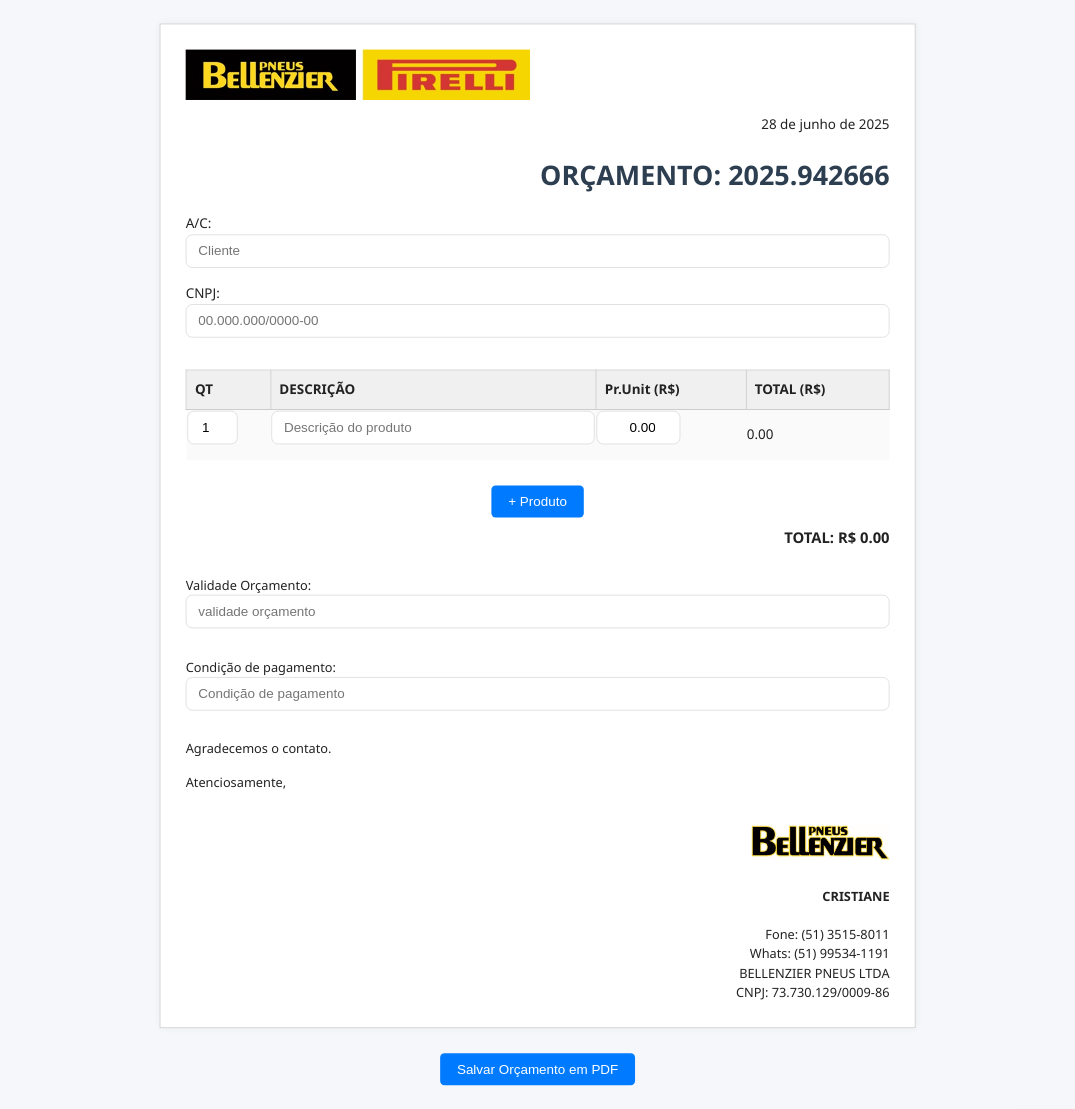
Repository: Cristiane-Sartori14/Orcamento
Page: index.html
An editor plug-in stored every save of this project. The page is shown before and after the next save, followed by the edit.
The browser window is 1280 px wide. The pictures show the whole page, at 84% of full size.

Above is the page before, as saved 2025-06-29 16:41:32.

### index.html
<!DOCTYPE html>
<html lang="pt-BR">
  <head>
    <meta charset="UTF-8" />
    <title>Orçamento Automático</title>
    <link rel="stylesheet" href="Styles.css" />
    <script src="Script.js" defer></script>
    <script src="https://cdnjs.cloudflare.com/ajax/libs/html2pdf.js/0.10.1/html2pdf.bundle.min.js"></script>
  </head>
  <body>
    <div id="orcamentoArea">
      <div class="cabecalho">
        <img src="belle.png" alt="Logo Bellenzier" />
      </div>

      <div class="dados-topo">
        <p id="dataAtual"></p>
        <h1>ORÇAMENTO: <span id="numeroOrcamento"></span></h1>
      </div>

      <div class="linha-vertical">
        <label>
          A/C:
          <input type="text" id="ac" placeholder="Cliente" /> </label
        ><br />
        <label>
          CNPJ:
          <input type="text" id="cnpj" placeholder="00.000.000/0000-00" />
        </label>
      </div>

      <table>
        <thead>
          <tr>
            <th>QT</th>
            <th>DESCRIÇÃO</th>
            <th>Pr.Unit (R$)</th>
            <th>TOTAL (R$)</th>
          </tr>
        </thead>
        <tbody id="corpoTabela">
          <tr>
            <td><input type="number" class="qtd" value="1" min="1" /></td>
            <td>
              <input
                type="text"
                class="descricao"
                placeholder="Descrição do produto"
              />
            </td>
            <td>
              <input type="number" class="valor" value="0.00" step="0.01" />
            </td>
            <td class="subtotal">0.00</td>
          </tr>
        </tbody>
      </table>

      <button class="botao" onclick="adicionarProduto()">+ Produto</button>

      <div class="totalGeral">TOTAL: R$ <span id="valorTotal">0.00</span></div>

      <div class="info-final">
        <label>
          <p></p>
          Validade Orçamento:
          <input type="text" id="val" placeholder="validade orçamento" />
        </label>

        <p></p>

        <label>
          Condição de pagamento:
          <input type="text" id="cond" placeholder="Condição de pagamento" />
        </label>

        <p>Agradecemos o contato.</p>
        <p>Atenciosamente,</p>
      </div>

      <div class="rodape">
        <img src="assin.png" alt="Logo Bellenzier" style="height: 40px" /><br />
        <strong>CRISTIANE</strong><br />
        Fone: (51) 3515-8011<br />
        Whats: (51) 99534-1191<br />
        BELLENZIER PNEUS LTDA<br />
        CNPJ: 73.730.129/0009-86
      </div>
    </div>

    <button class="botao" onclick="gerarPDF()">Salvar Orçamento em PDF</button>
  </body>
</html>

### Styles.css
:root {
  --primary-blue: #007bff;
  --primary-blue-hover: #0056b3;
  --green-dark: #1e7e34;
  --border-gray: #ccc;
  --background-light: #f5f7fa;
  --text-dark: #2c3e50;
  --input-border: #ddd;
  --input-border-focus: #3498db;
}

*,
*::before,
*::after {
  box-sizing: border-box;
}

body {
  font-family: "Segoe UI", Tahoma, Geneva, Verdana, sans-serif;
  background-color: var(--background-light);
  color: #222;
  line-height: 1.6;
  padding: 20px;
}

#orcamentoArea {
  background: #fff;
  max-width: 900px;
  margin: auto;
  padding: 30px;
  border: 1px solid var(--border-gray);
  box-shadow: 0 0 10px rgba(0, 0, 0, 0.05);
}

.cabecalho {
  display: flex;
  justify-content: space-between;
  align-items: center;
}

.cabecalho img {
  height: 60px;
}

.dados-topo {
  text-align: right;
}

h1,
h2,
h3 {
  color: var(--text-dark);
  margin-bottom: 20px;
  font-weight: 700;
}

.linha {
  display: flex;
  gap: 20px;
  margin-top: 20px;
}

.linha label {
  flex: 1;
  font-weight: bold;
  display: block;
  margin-bottom: 6px;
}

input[type="text"],
input[type="number"],
select,
textarea {
  width: 100%;
  padding: 10px 14px;
  margin-bottom: 18px;
  border: 1.8px solid var(--input-border);
  border-radius: 8px;
  font-size: 1rem;
  transition: border-color 0.3s ease;
}

input[type="text"]:focus,
input[type="number"]:focus,
select:focus,
textarea:focus {
  border-color: var(--input-border-focus);
  outline: 3px solid var(--input-border-focus);
  outline-offset: 2px;
}

table {
  width: 100%;
  margin-top: 20px;
  border-collapse: collapse;
}

th{
  border: 1px solid var(--border-gray);
  padding: 10px;
  text-align: left;
  background: #f0f0f0;
}

td input.qtd {
    width: 60px; /* Campo QT menor */
    text-align: center;
  }

  td input.descricao {
    width: 100%; /* Ocupa espaço total da célula */
  }

  td input.valor {
    width: 100px; /* Campo de valor com tamanho razoável */
    text-align: right;
  }

tbody tr:nth-child(odd) {
  background-color: #fafafa;
}

tbody tr:hover {
  background-color: #e9f0fb;
}

#totalGeral {
  font-weight: bold;
  font-size: 18px;
  color: var(--green-dark);
}

.totalGeral {
  text-align: right;
  font-size: 1.1em;
  font-weight: bold;
  margin-top: 10px;
}

.info-final {
  margin-top: 30px;
  font-size: 0.95em;
}

.rodape {
  display: flex;
  flex-direction: column;
  align-items: flex-end;       /* Alinha todos os elementos à direita */
  text-align: right;
  margin-top: 40px;
  font-size: 0.95em;
  line-height: 1.5;
}

.rodape img {
  height: 60px;
  margin-bottom: 10px;
}

.botao {
  display: block;
  margin: 30px auto 0;
  background: var(--primary-blue);
  color: white;
  padding: 10px 20px;
  border: none;
  border-radius: 5px;
  font-size: 16px;
  cursor: pointer;
  transition: background-color 0.3s ease, transform 0.2s ease;
}

.botao:hover {
  background: var(--primary-blue-hover);
  transform: scale(1.05);
}

.botao:active {
  transform: scale(0.98);
  background-color: #004080;
}

@media (max-width: 600px) {
  #orcamentoArea {
    padding: 15px;
    width: 95%;
  }

  .linha {
    flex-direction: column;
    gap: 10px;
  }

  .linha-vertical label {
  display: block;
  margin-bottom: 10px;
}
}

### Script.js
document.addEventListener("DOMContentLoaded", () => {
  const hoje = new Date();
  const dataFormatada = hoje.toLocaleDateString("pt-BR", {
    day: "2-digit",
    month: "long",
    year: "numeric",
  });
  document.getElementById("dataAtual").textContent = dataFormatada;
  document.getElementById("numeroOrcamento").textContent =
    new Date().getFullYear() +
    "." +
    Math.floor(100000 + Math.random() * 900000);
  document
    .querySelectorAll(".qtd, .valor")
    .forEach((input) => input.addEventListener("input", atualizarTotais));
  atualizarTotais();
});

document.getElementById("cnpj").addEventListener("input", function (e) {
  let valor = e.target.value.replace(/\D/g, ""); // remove tudo que não é número

  if (valor.length > 14) valor = valor.slice(0, 14); // limita a 14 dígitos

  let formatado = valor;
  if (valor.length >= 3) formatado = valor.slice(0, 2) + "." + valor.slice(2);
  if (valor.length >= 6)
    formatado = formatado.slice(0, 6) + "." + valor.slice(5);
  if (valor.length >= 9)
    formatado = formatado.slice(0, 10) + "/" + valor.slice(8);
  if (valor.length >= 13)
    formatado = formatado.slice(0, 15) + "-" + valor.slice(12);

  e.target.value = formatado;
});

function atualizarTotais() {
  let total = 0;
  document.querySelectorAll("#corpoTabela tr").forEach((linha) => {
    const qtd = parseFloat(linha.querySelector(".qtd")?.value || 0);
    const valor = parseFloat(linha.querySelector(".valor")?.value || 0);
    const subtotal = qtd * valor;
    linha.querySelector(".subtotal").textContent = subtotal.toFixed(2);
    total += subtotal;
  });
  document.getElementById("valorTotal").textContent = total.toFixed(2);
}

function adicionarProduto() {
  const linha = document.createElement("tr");
  linha.innerHTML = `
        <td><input type="number" class="qtd" value="1" min="1" /></td>
        <td><input type="text" class="descricao" placeholder="Descrição do produto" /></td>
        <td><input type="number" class="valor" value="0.00" step="0.01" /></td>
        <td class="subtotal">0.00</td>
      `;
  document.getElementById("corpoTabela").appendChild(linha);
  linha.querySelector(".qtd").addEventListener("input", atualizarTotais);
  linha.querySelector(".valor").addEventListener("input", atualizarTotais);
}

function gerarPDF() {
  console.log("Gerando PDF...");
  const area = document.getElementById("orcamentoArea");
  const opt = {
    margin: 10,
    filename: `Orcamento_${Date.now()}.pdf`,
    image: { type: "jpeg", quality: 0.98 },
    html2canvas: { scale: 2 },
    jsPDF: { unit: "mm", format: "a4", orientation: "portrait" },
  };
  html2pdf().set(opt).from(area).save();
}

After the next save:
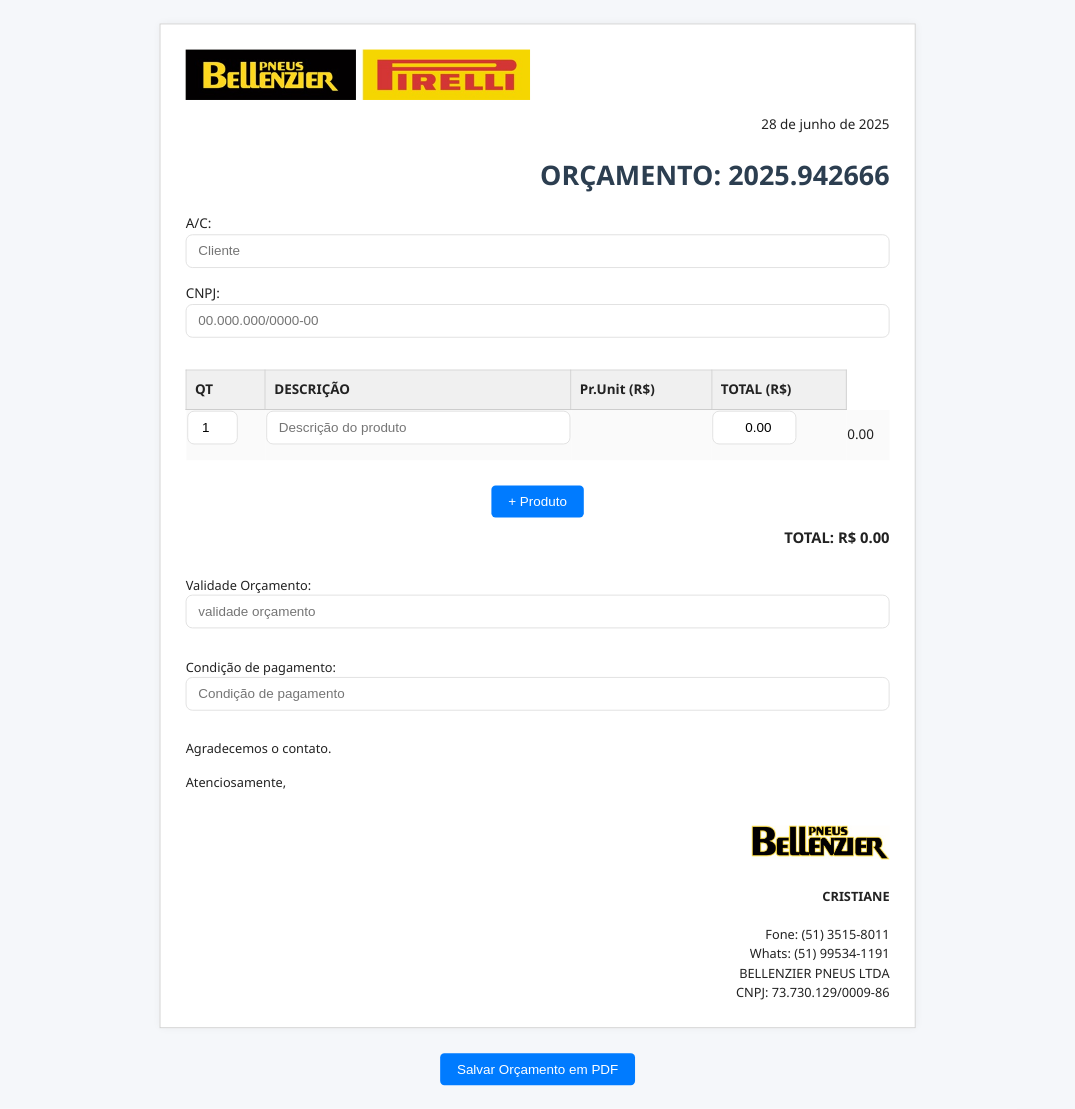
Saved 83 s later.
--- a/index.html
+++ b/index.html
@@ -49,8 +49,7 @@
               />
             </td>
             <td>
-              <input type="number" class="valor" value="0.00" step="0.01" />
-            </td>
+<td><input type="number" class="valor" value="0.00" step="0.01" /></td>            </td>
             <td class="subtotal">0.00</td>
           </tr>
         </tbody>

After the save that followed:
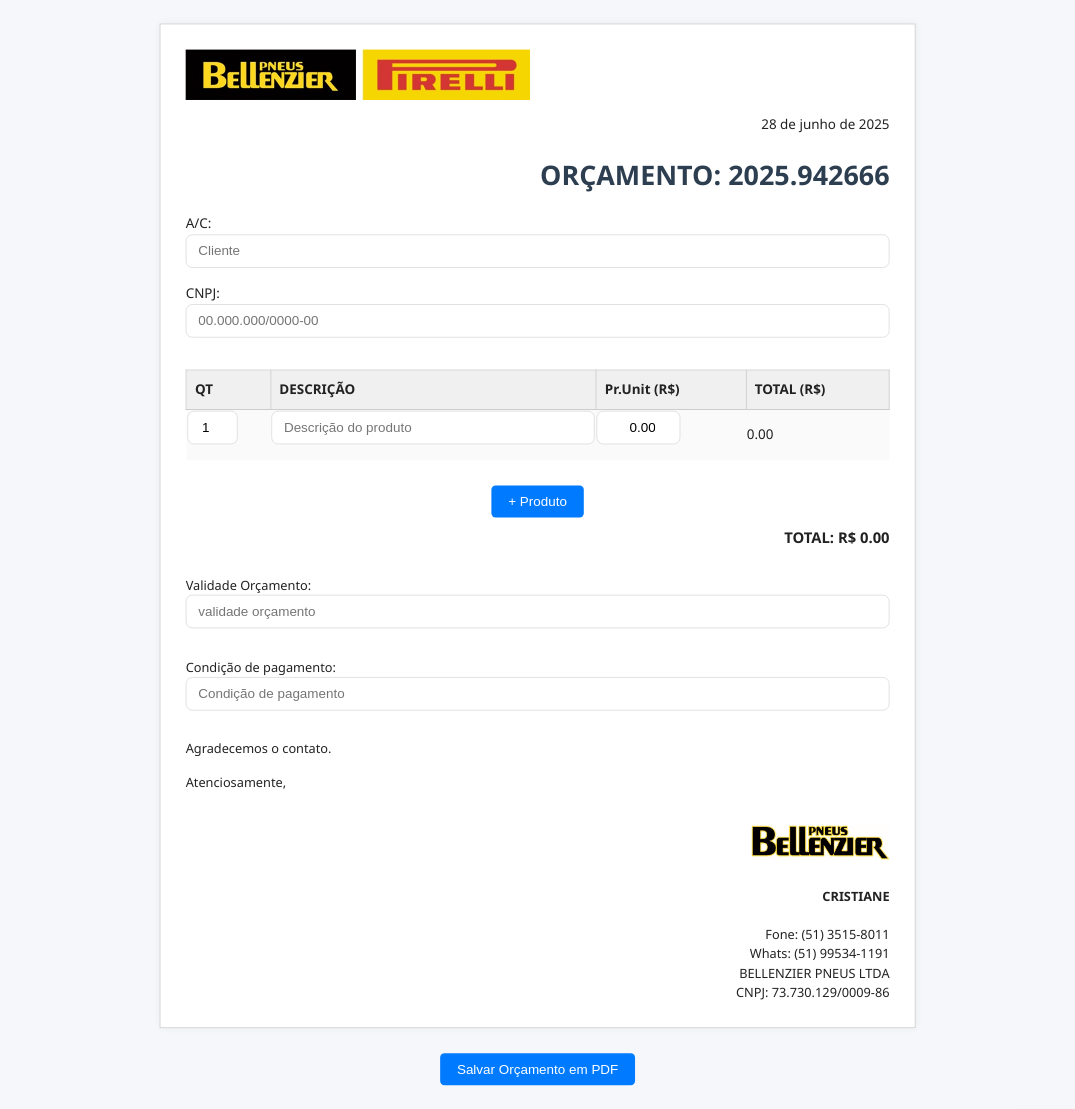
Saved 16 s later.
--- a/index.html
+++ b/index.html
@@ -49,7 +49,8 @@
               />
             </td>
             <td>
-<td><input type="number" class="valor" value="0.00" step="0.01" /></td>            </td>
+              <input type="number" class="valor" value="0.00" step="0.01" />
+            </td>
             <td class="subtotal">0.00</td>
           </tr>
         </tbody>
